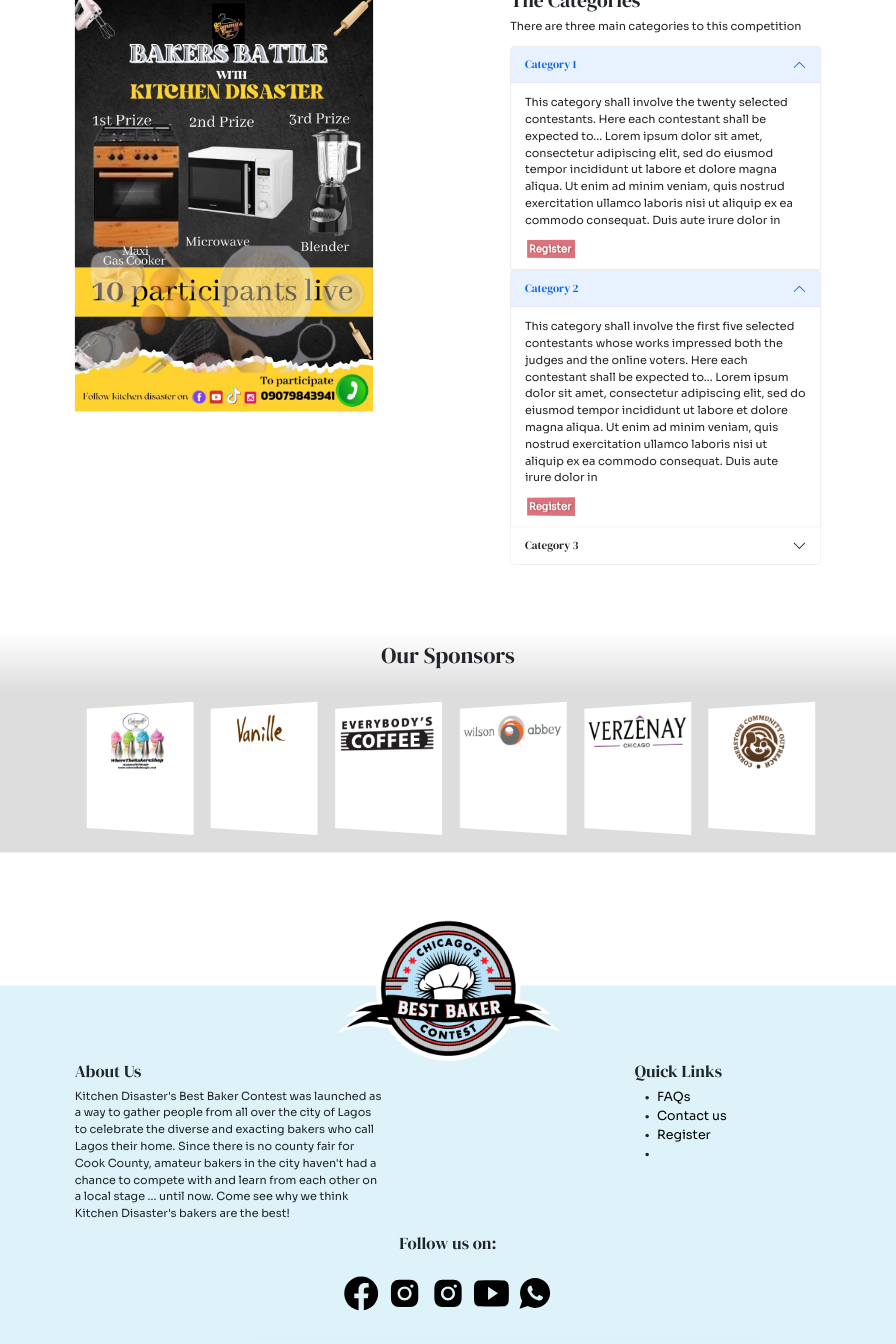
Repository: sarahnnanyelugo/bakers-battle
Page: /
An editor plug-in stored every save of this project. The page is shown before and after a run of saves, followed by the edit.
The browser window is 1280 px wide. The pictures show the part of the page from y = 2124 to 4044 px (the page is 4044 px tall), at 70% of full size.
The project was rebuilt for these pictures with package versions that can differ from the ones it lists, and the page was loaded fresh each time. Also part of the build but not shown: src/components/ScreenSlide/slide.scss, src/components/ScreenSlide/ScreenSlide.js.

Above is the page before, as saved 2024-07-09 21:00:08.

After the next 2 saves:
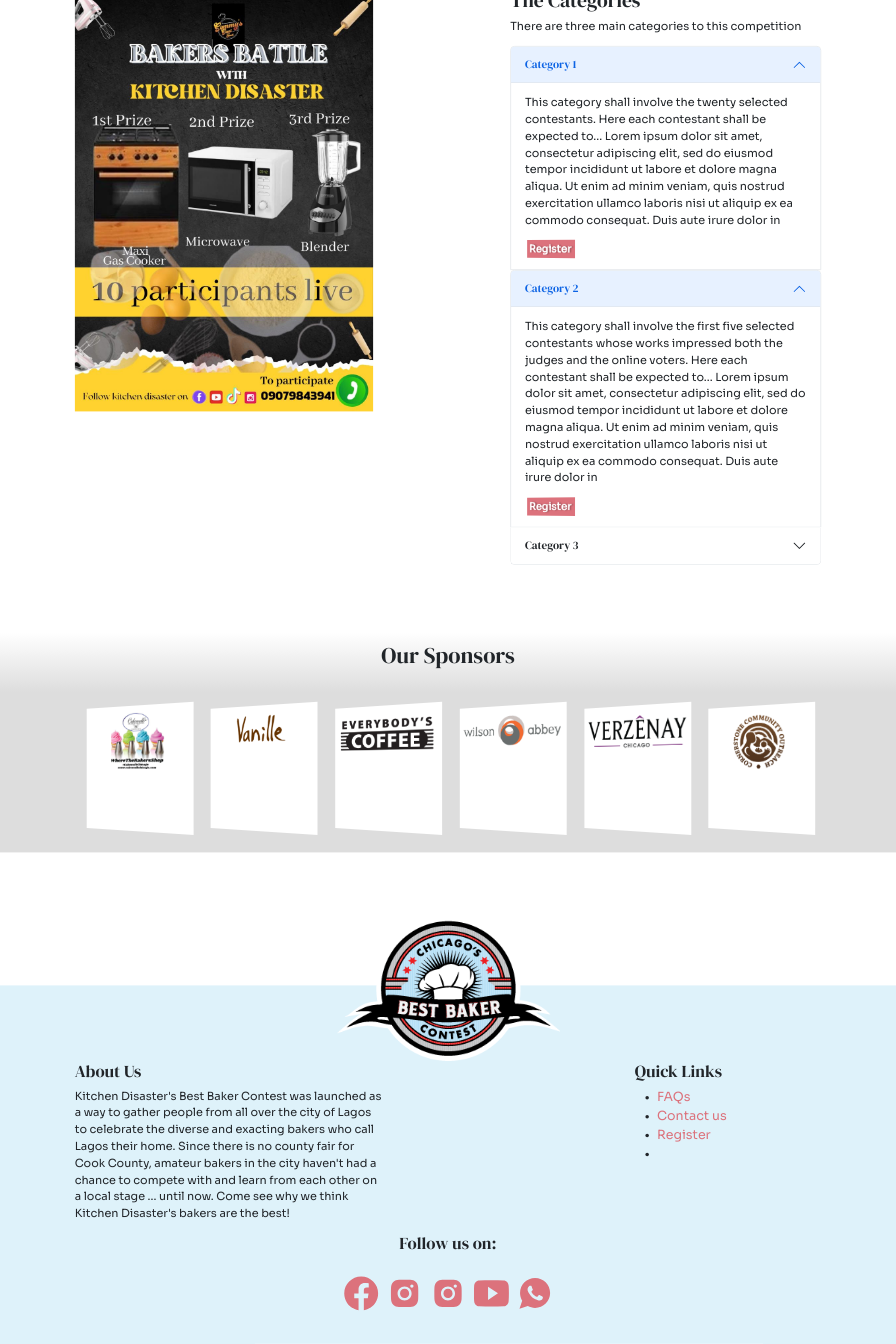
The 2 saves are shown as one change because 1 did not build or start.
The last was saved 3 min 32 s later.
--- a/src/components/Footer/footer.scss
+++ b/src/components/Footer/footer.scss
@@ -7,7 +7,7 @@
     margin-top: -100px;
   }
   a {
-    color: #000;
+    color: #dc727c;
     text-decoration: none;
     font-size: 18px;
   }

After the save that followed:
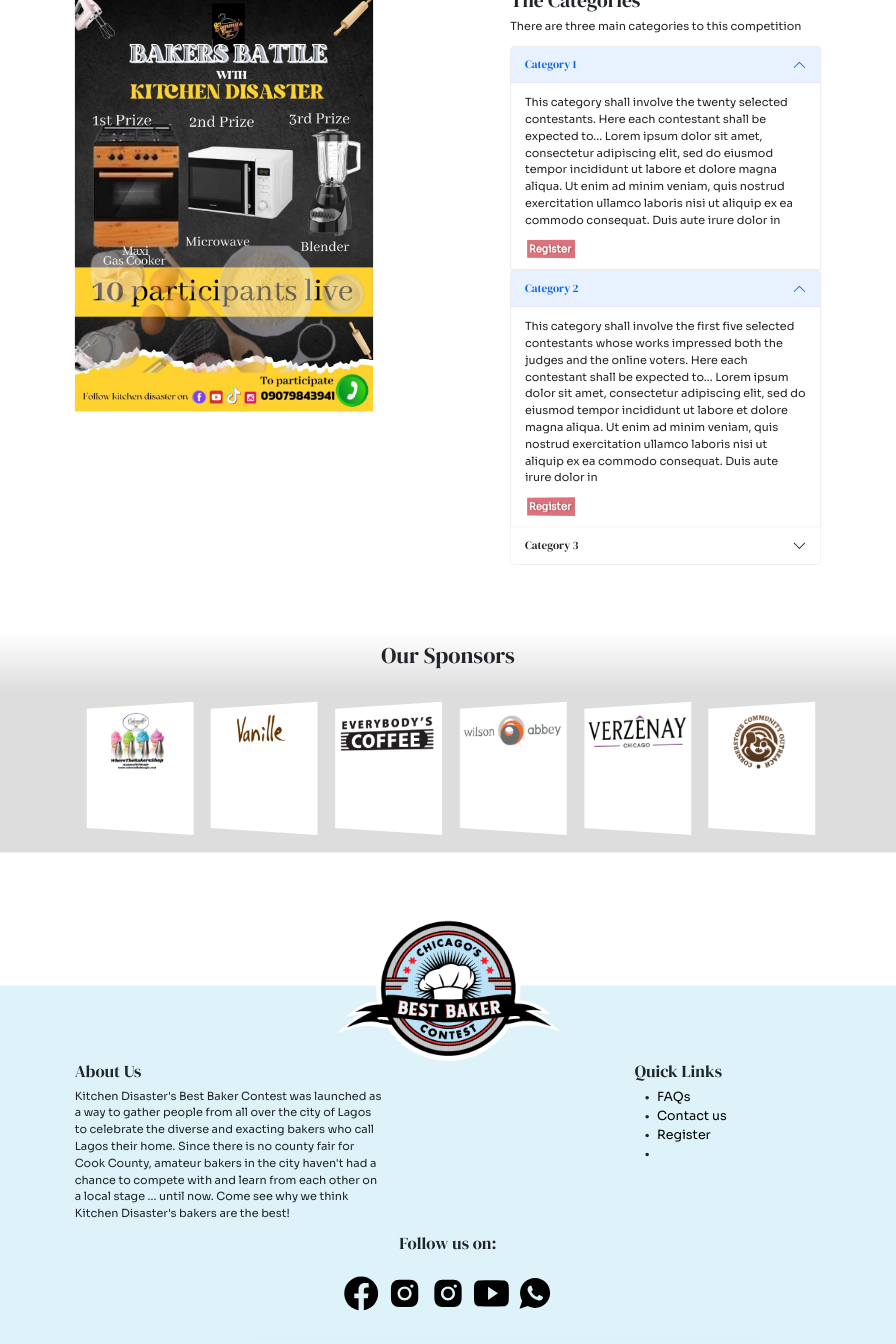
Saved 22 s later.
--- a/src/components/Footer/footer.scss
+++ b/src/components/Footer/footer.scss
@@ -7,9 +7,12 @@
     margin-top: -100px;
   }
   a {
-    color: #dc727c;
+    color: #000;
     text-decoration: none;
     font-size: 18px;
+    &:hover {
+      color: #dc727c;
+    }
   }
 }
 .media-links {
